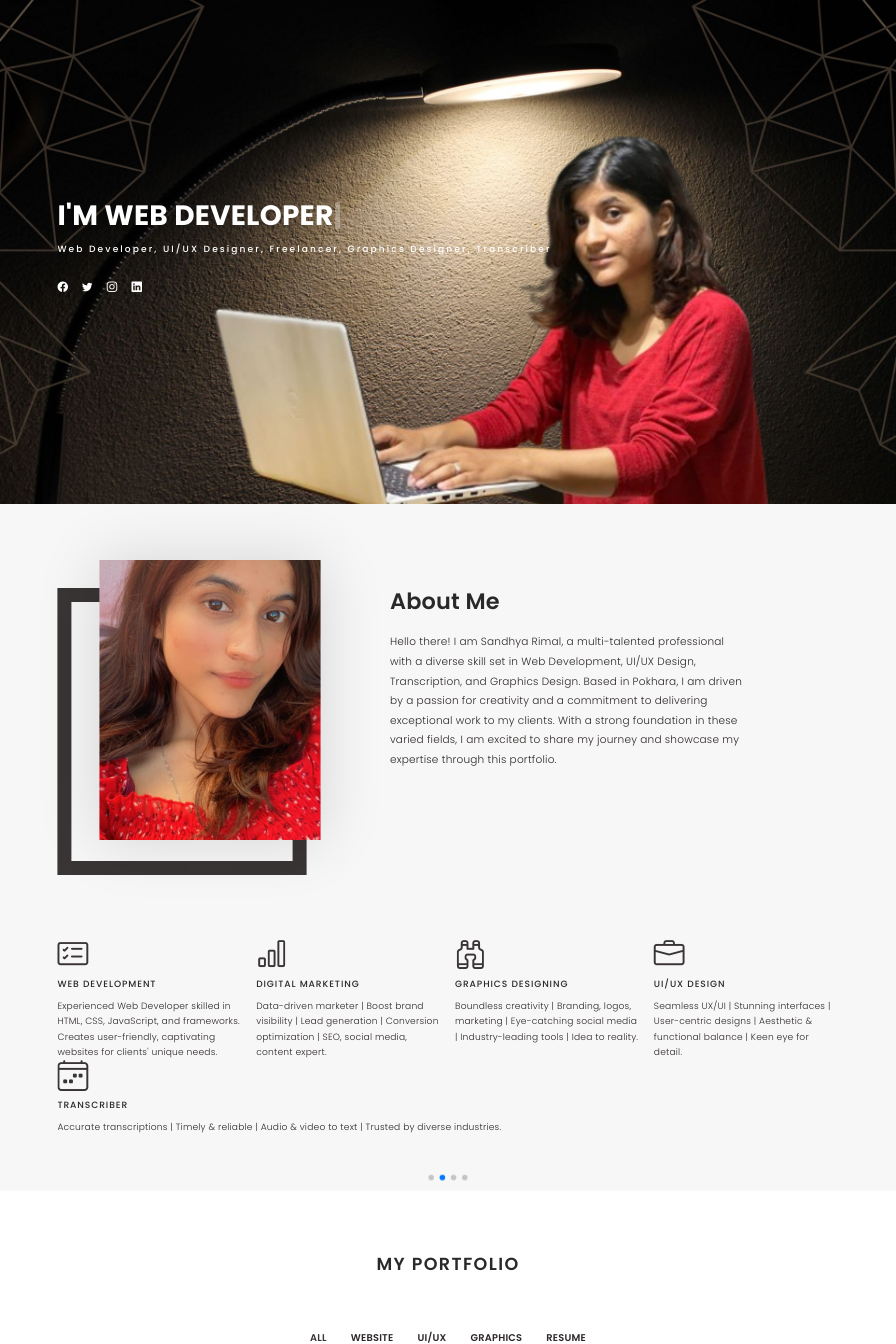
Repository: sandhya8109/portfolio
Page: index.html
An editor plug-in stored every save of this project. The page is shown before and after the next save, followed by the edit.
The browser window is 1280 px wide. The pictures show the part of the page from y = 0 to 1920 px (the page is 4045 px tall), at 70% of full size.
Some web fonts or font styles are not loaded; a fallback is used.

Above is the page before, as saved 2023-08-05 00:22:57.

After the next save:
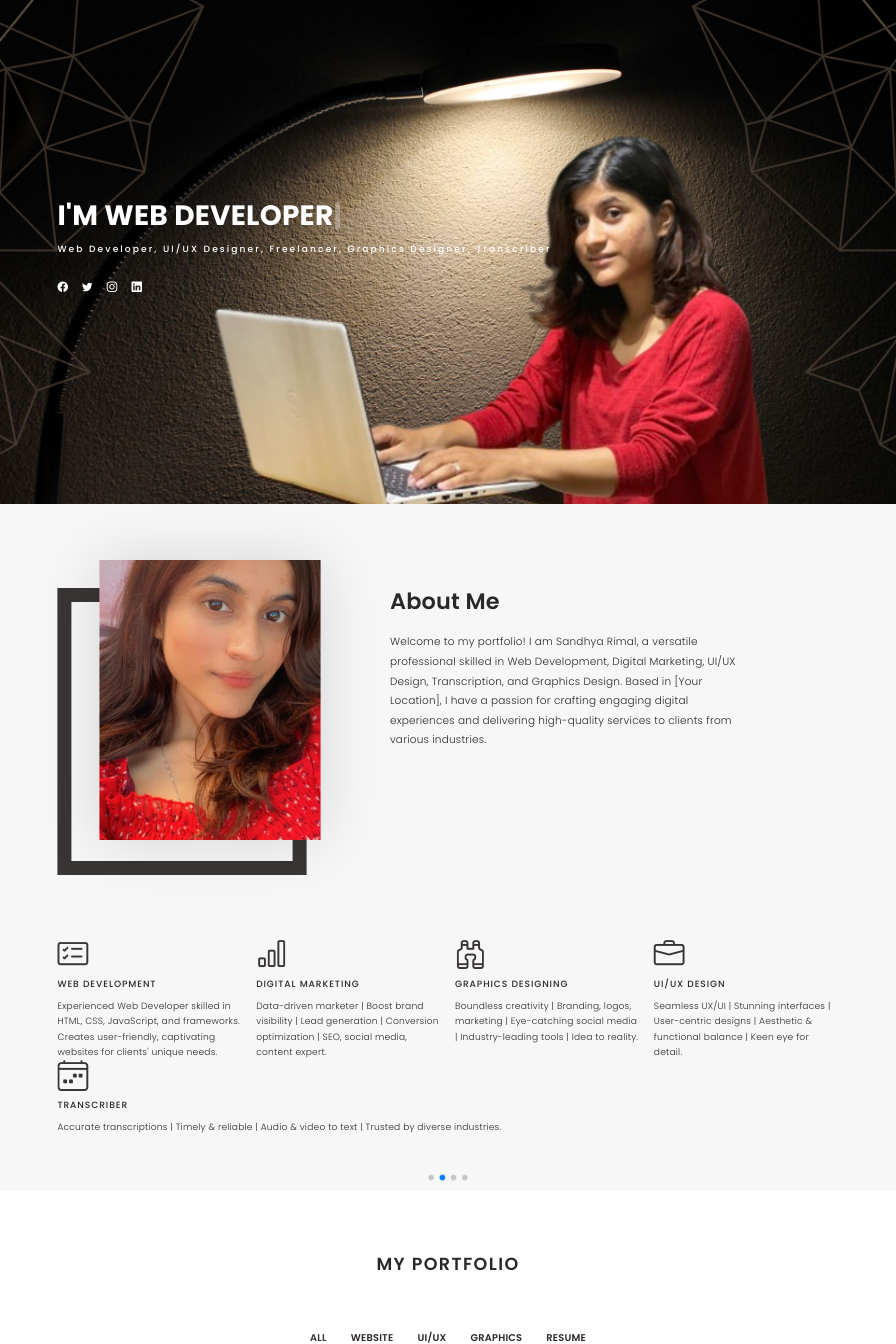
Saved 8 h 59 min later.
--- a/index.html
+++ b/index.html
@@ -105,7 +105,7 @@
             <div class="about-descr">
 
               <h2>About Me </h2>
-              <p class="separator">Hello there! I am Sandhya Rimal, a multi-talented professional with a diverse skill set in Web Development, UI/UX Design, Transcription, and Graphics Design. Based in Pokhara, I am driven by a passion for creativity and a commitment to delivering exceptional work to my clients. With a strong foundation in these varied fields, I am excited to share my journey and showcase my expertise through this portfolio.</p>
+              <p class="separator">Welcome to my portfolio! I am Sandhya Rimal, a versatile professional skilled in Web Development, Digital Marketing, UI/UX Design, Transcription, and Graphics Design. Based in [Your Location], I have a passion for crafting engaging digital experiences and delivering high-quality services to clients from various industries.</p>
 
             </div>
 
